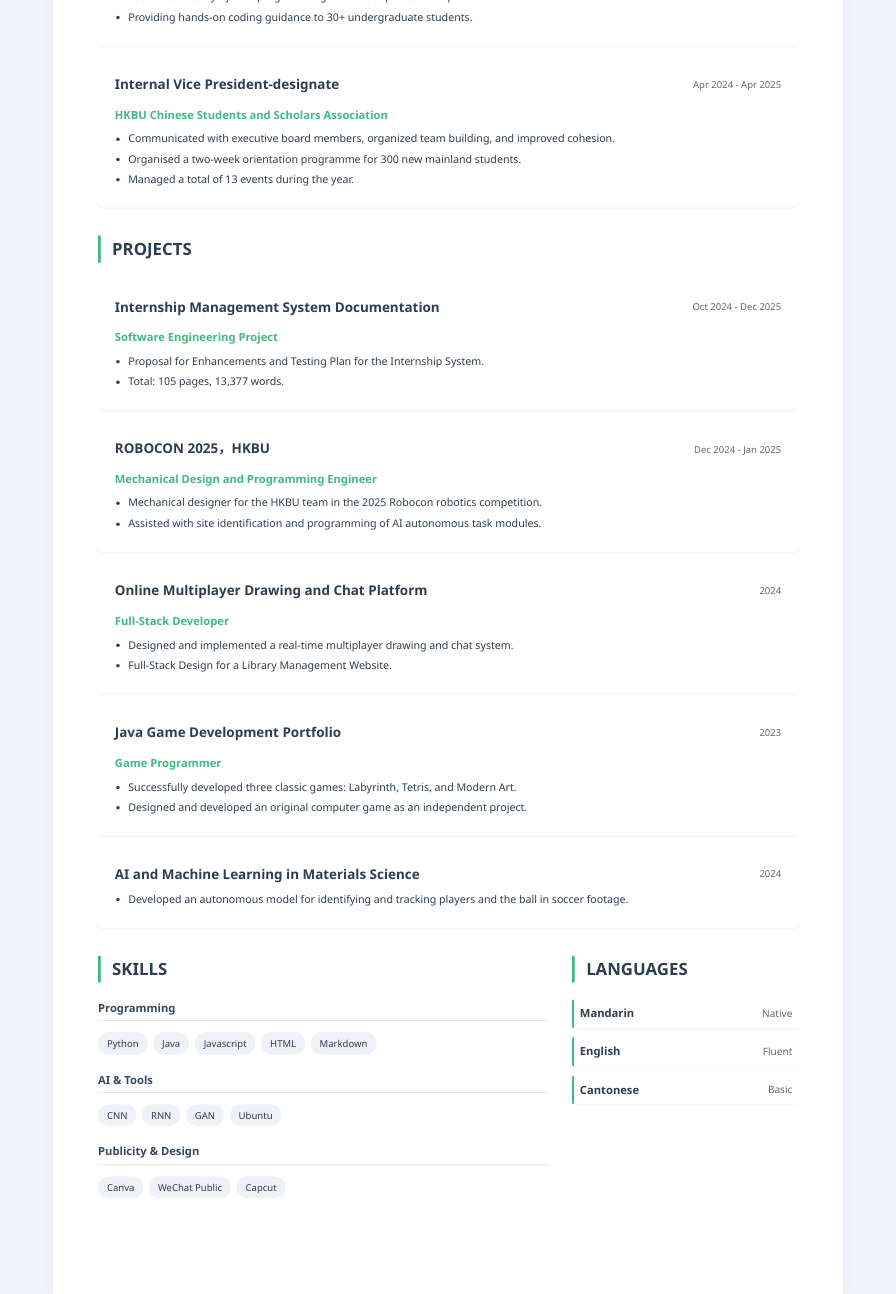
Repository: hhl2802149944-afk/hhl2802149944-afk.github.io
Page: /
These files come from the project's save history. The page is drawn as it stood at one moment and after the next save; the edit follows.
The browser window is 1280 px wide. The pictures show the part of the page from y = 889 to 2809 px (the page is 2738 px tall before and 2809 px after), at 70% of full size.
The project was rebuilt for these pictures with package versions that can differ from the ones it lists, and the page was loaded fresh each time. Also part of the build but not shown: vite.config.js.

Above is the page before, as saved 2026-01-19 14:38:58.

### index.html
<!DOCTYPE html>
<html lang="en">
  <head>
    <meta charset="UTF-8">
    <link rel="icon" href="/favicon.ico">
    <meta name="viewport" content="width=device-width, initial-scale=1.0">
    <title>Han Haolin - Resume</title>
  </head>
  <body>
    <div id="app"></div>
    <script type="module" src="/src/main.js"></script>
  </body>
</html>

### src/App.vue
<script setup>
import { RouterView } from 'vue-router'
</script>

<template>
  <RouterView />
</template>

<style>
/* Global styles can go here */
</style>

### src/assets/main.css
:root {
  --primary-color: #2c3e50;
  --secondary-color: #34495e;
  --accent-color: #42b883;
  --text-color: #2c3e50;
  --light-text: #64748b;
  --bg-color: #f1f5f9;
  --card-bg: #ffffff;
  --border-color: #e2e8f0;
}

body {
  margin: 0;
  font-family: 'Segoe UI', Roboto, Helvetica, Arial, sans-serif;
  background-color: var(--bg-color);
  color: var(--text-color);
  line-height: 1.6;
}

#app {
  max-width: 1000px;
  margin: 0 auto;
  min-height: 100vh;
  background-color: white;
  box-shadow: 0 0 20px rgba(0,0,0,0.05);
  padding: 3rem 4rem;
}

h1, h2, h3, h4 {
  color: var(--primary-color);
  margin-top: 0;
}

a {
  color: var(--accent-color);
  text-decoration: none;
  transition: color 0.2s;
}

a:hover {
  color: var(--secondary-color);
  text-decoration: underline;
}

@media (max-width: 768px) {
  #app {
    padding: 2rem;
  }
}

@media (max-width: 480px) {
  #app {
    padding: 1rem;
  }
}

### src/views/HomeView.vue
<script setup>
import ResumeHeader from '../components/ResumeHeader.vue'
import ResumeSection from '../components/ResumeSection.vue'
import ProjectCard from '../components/ProjectCard.vue'

const resumeData = {
  name: "Han Haolin (韩浩霖)",
  title: "Artificial Intelligence Student",
  contact: {
    phone: "+852 84030595",
    email: "23259612@life.hkbu.edu.hk",
    linkedin: "https://linkedin.com/in/HaolinHAN"
  },
  education: {
    school: "Hong Kong Baptist University",
    major: "Artificial Intelligence",
    gpa: "3.01/4",
    courses: ["Artificial Intelligence and Machine Learning", "Software Engineering", "Data Communications and Networking"]
  },
  experience: [
    {
      name: "EngineAI Robotics Technology Co., Ltd.",
      date: "May - Aug 2025",
      role: "Robot Embedded Software Intern",
      details: [
        "Learned robot embedded software development based on the Ubuntu system.",
        "Conducted factory testing of products to ensure hardware and software reliability.",
        "Developed applications using Intel RealSense D435i depth cameras for robotics."
      ]
    },
    {
      name: "Student Helper for Computer Science",
      date: "Nov - Dec 2025",
      role: "Hong Kong Baptist University",
      details: [
        "Facilitated weekly Python programming labs under professor supervision.",
        "Providing hands-on coding guidance to 30+ undergraduate students."
      ]
    },
    {
      name: "Internal Vice President-designate",
      date: "Apr 2024 - Apr 2025",
      role: "HKBU Chinese Students and Scholars Association",
      details: [
        "Communicated with executive board members, organized team building, and improved cohesion.",
        "Organised a two-week orientation programme for 300 new mainland students.",
        "Managed a total of 13 events during the year."
      ]
    }
  ],
  projects: [
    {
      name: "Internship Management System Documentation",
      date: "Oct 2024 - Dec 2025",
      role: "Software Engineering Project",
      details: [
        "Proposal for Enhancements and Testing Plan for the Internship System.",
        "Total: 105 pages, 13,377 words."
      ]
    },
    {
      name: "ROBOCON 2025，HKBU",
      date: "Dec 2024 - Jan 2025",
      role: "Mechanical Design and Programming Engineer",
      details: [
        "Mechanical designer for the HKBU team in the 2025 Robocon robotics competition.",
        "Assisted with site identification and programming of AI autonomous task modules."
      ]
    },
    {
      name: "Online Multiplayer Drawing and Chat Platform",
      date: "2024",
      role: "Full-Stack Developer",
      details: [
        "Designed and implemented a real-time multiplayer drawing and chat system.",
        "Full-Stack Design for a Library Management Website."
      ]
    },
    {
      name: "Java Game Development Portfolio",
      date: "2023",
      role: "Game Programmer",
      details: [
        "Successfully developed three classic games: Labyrinth, Tetris, and Modern Art.",
        "Designed and developed an original computer game as an independent project."
      ]
    },
    {
      name: "AI and Machine Learning in Materials Science",
      date: "2024",
      details: [
        "Developed an autonomous model for identifying and tracking players and the ball in soccer footage."
      ]
    }
  ],
  skills: {
    programming: ["Python", "Java", "Javascript", "HTML", "Markdown"],
    ai_tech: ["CNN", "RNN", "GAN", "Ubuntu"],
    publicity: ["Canva", "WeChat Public", "Capcut"]
  },
  languages: [
    { name: "Mandarin", level: "Native" },
    { name: "English", level: "Fluent" },
    { name: "Cantonese", level: "Basic" }
  ]
}
</script>

<template>
  <main class="resume-container">
    <ResumeHeader
      :name="resumeData.name"
      :title="resumeData.title"
      :contact="resumeData.contact"
    />

    <ResumeSection title="Education">
      <div class="education-item">
        <div class="edu-header">
          <h3>{{ resumeData.education.school }}</h3>
          <span class="gpa">cGPA: {{ resumeData.education.gpa }}</span>
        </div>
        <p class="major">Major: {{ resumeData.education.major }}</p>
        <p class="courses"><strong>Core Courses:</strong> {{ resumeData.education.courses.join(', ') }}</p>
      </div>
    </ResumeSection>

    <ResumeSection title="Working Experience">
      <ProjectCard
        v-for="(exp, index) in resumeData.experience"
        :key="index"
        :project="exp"
      />
    </ResumeSection>

    <ResumeSection title="Projects">
      <ProjectCard
        v-for="(proj, index) in resumeData.projects"
        :key="index"
        :project="proj"
      />
    </ResumeSection>

    <div class="skills-lang-grid">
      <ResumeSection title="Skills">
        <div class="skills-grid">
          <div class="skill-category">
            <h4>Programming</h4>
            <div class="skill-tags">
              <span v-for="skill in resumeData.skills.programming" :key="skill" class="tag">{{ skill }}</span>
            </div>
          </div>
          <div class="skill-category">
            <h4>AI & Tools</h4>
            <div class="skill-tags">
              <span v-for="skill in resumeData.skills.ai_tech" :key="skill" class="tag">{{ skill }}</span>
            </div>
          </div>
          <div class="skill-category">
            <h4>Publicity & Design</h4>
            <div class="skill-tags">
              <span v-for="skill in resumeData.skills.publicity" :key="skill" class="tag">{{ skill }}</span>
            </div>
          </div>
        </div>
      </ResumeSection>

      <ResumeSection title="Languages">
        <div class="lang-list">
          <div v-for="lang in resumeData.languages" :key="lang.name" class="lang-item">
            <span class="lang-name">{{ lang.name }}</span>
            <span class="lang-level">{{ lang.level }}</span>
          </div>
        </div>
      </ResumeSection>
    </div>
  </main>
</template>

<style scoped>
.resume-container {
  padding-bottom: 50px;
}

.education-item {
  margin-bottom: 1.5rem;
}

.edu-header {
  display: flex;
  justify-content: space-between;
  align-items: center;
}

.major {
  font-weight: bold;
  color: var(--accent-color);
  margin: 0.2rem 0;
}

.courses {
  font-size: 0.9rem;
  color: #555;
}

.skills-lang-grid {
  display: grid;
  grid-template-columns: 2fr 1fr;
  gap: 2rem;
}

.skills-grid {
  display: flex;
  flex-direction: column;
  gap: 1.5rem;
}

.skill-category h4 {
  margin-bottom: 1rem;
  color: var(--secondary-color);
  border-bottom: 1px solid #ddd;
  padding-bottom: 0.3rem;
  font-size: 1rem;
}

.skill-tags {
  display: flex;
  flex-wrap: wrap;
  gap: 0.5rem;
}

.tag {
  background: #eef2f7;
  padding: 0.3rem 0.8rem;
  border-radius: 15px;
  font-size: 0.85rem;
  color: var(--primary-color);
}

.lang-list {
  display: flex;
  flex-direction: column;
  gap: 0.8rem;
}

.lang-item {
  display: flex;
  justify-content: space-between;
  padding: 0.5rem;
  background: white;
  border-radius: 4px;
  border-left: 3px solid var(--accent-color);
  box-shadow: 0 1px 3px rgba(0,0,0,0.05);
}

.lang-name {
  font-weight: bold;
}

.lang-level {
  color: #666;
  font-size: 0.9rem;
}

@media (max-width: 768px) {
  .skills-lang-grid {
    grid-template-columns: 1fr;
  }
}
</style>

### src/components/ResumeHeader.vue
<script setup>
import { ref } from 'vue'

defineProps({
  name: String,
  title: String,
  contact: Object
})

const imageUrl = ref('/profile-placeholder.png')
const fileInput = ref(null)

const triggerUpload = () => {
  fileInput.value.click()
}

const handleUpload = (event) => {
  const file = event.target.files[0]
  if (file) {
    imageUrl.value = URL.createObjectURL(file)
  }
}
</script>

<template>
  <header class="resume-header">
    <div class="header-content">
      <div class="text-info">
        <h1>{{ name }}</h1>
        <p class="subtitle">{{ title }}</p>
        <div class="contact-info">
          <span>{{ contact.phone }}</span> |
          <a :href="'mailto:' + contact.email">{{ contact.email }}</a> |
          <a :href="contact.linkedin" target="_blank">LinkedIn</a>
        </div>
      </div>
      <div class="profile-pic-container" @click="triggerUpload">
        <img :src="imageUrl" alt="Profile Picture" class="profile-pic">
        <div class="upload-overlay">Update Image</div>
        <input type="file" ref="fileInput" @change="handleUpload" accept="image/*" style="display: none">
      </div>
    </div>
  </header>
</template>

<style scoped>
.resume-header {
  margin-bottom: 3rem;
  border-bottom: 2px solid var(--accent-color);
  padding-bottom: 1.5rem;
}

.header-content {
  display: flex;
  justify-content: space-between;
  align-items: center;
}

.text-info {
  flex: 1;
}

h1 {
  margin: 0;
  font-size: 2.5rem;
  text-transform: uppercase;
  letter-spacing: 2px;
}

.subtitle {
  font-size: 1.2rem;
  color: var(--secondary-color);
  margin: 0.5rem 0;
}

.contact-info {
  font-size: 0.9rem;
}

.profile-pic-container {
  width: 120px;
  height: 120px;
  border-radius: 8px;
  overflow: hidden;
  position: relative;
  cursor: pointer;
  border: 2px dashed #ccc;
  background: #f8f9fa;
  margin-left: 20px;
}

.profile-pic {
  width: 100%;
  height: 100%;
  object-fit: cover;
}

.upload-overlay {
  position: absolute;
  bottom: 0;
  left: 0;
  right: 0;
  background: rgba(0,0,0,0.5);
  color: white;
  font-size: 10px;
  text-align: center;
  padding: 4px 0;
  opacity: 0;
  transition: opacity 0.3s;
}

.profile-pic-container:hover .upload-overlay {
  opacity: 1;
}

@media (max-width: 600px) {
  .header-content {
    flex-direction: column-reverse;
    text-align: center;
  }
  .profile-pic-container {
    margin-left: 0;
    margin-bottom: 1rem;
    width: 100px;
    height: 100px;
    align-self: center;
  }
}
</style>

### src/components/ResumeSection.vue
<script setup>
defineProps({
  title: String
})
</script>

<template>
  <section class="resume-section">
    <h2>{{ title }}</h2>
    <div class="section-content">
      <slot></slot>
    </div>
  </section>
</template>

<style scoped>
.resume-section {
  margin-bottom: 2.5rem;
}

h2 {
  font-size: 1.5rem;
  border-left: 4px solid var(--accent-color);
  padding-left: 1rem;
  margin-bottom: 1.5rem;
  text-transform: uppercase;
}
</style>

### src/components/ProjectCard.vue
<script setup>
defineProps({
  project: Object
})
</script>

<template>
  <div class="project-card">
    <div class="project-header">
      <h3>{{ project.name }}</h3>
      <span class="date">{{ project.date }}</span>
    </div>
    <p class="role" v-if="project.role">{{ project.role }}</p>
    <ul class="details">
      <li v-for="(detail, index) in project.details" :key="index">
        {{ detail }}
      </li>
    </ul>
  </div>
</template>

<style scoped>
.project-card {
  background: var(--card-bg);
  padding: 1.5rem;
  border-radius: 8px;
  box-shadow: 0 2px 4px rgba(0,0,0,0.05);
  margin-bottom: 1rem;
}

.project-header {
  display: flex;
  justify-content: space-between;
  align-items: center;
  margin-bottom: 0.5rem;
}

h3 {
  margin: 0;
  font-size: 1.2rem;
}

.date {
  font-size: 0.85rem;
  color: #666;
}

.role {
  font-weight: bold;
  color: var(--accent-color);
  margin-bottom: 0.5rem;
}

.details {
  margin: 0;
  padding-left: 1.2rem;
  font-size: 0.95rem;
}

.details li {
  margin-bottom: 0.3rem;
}
</style>

Loaded but not shown: src/main.js (common file); src/router/index.js (common file)

After the next save:
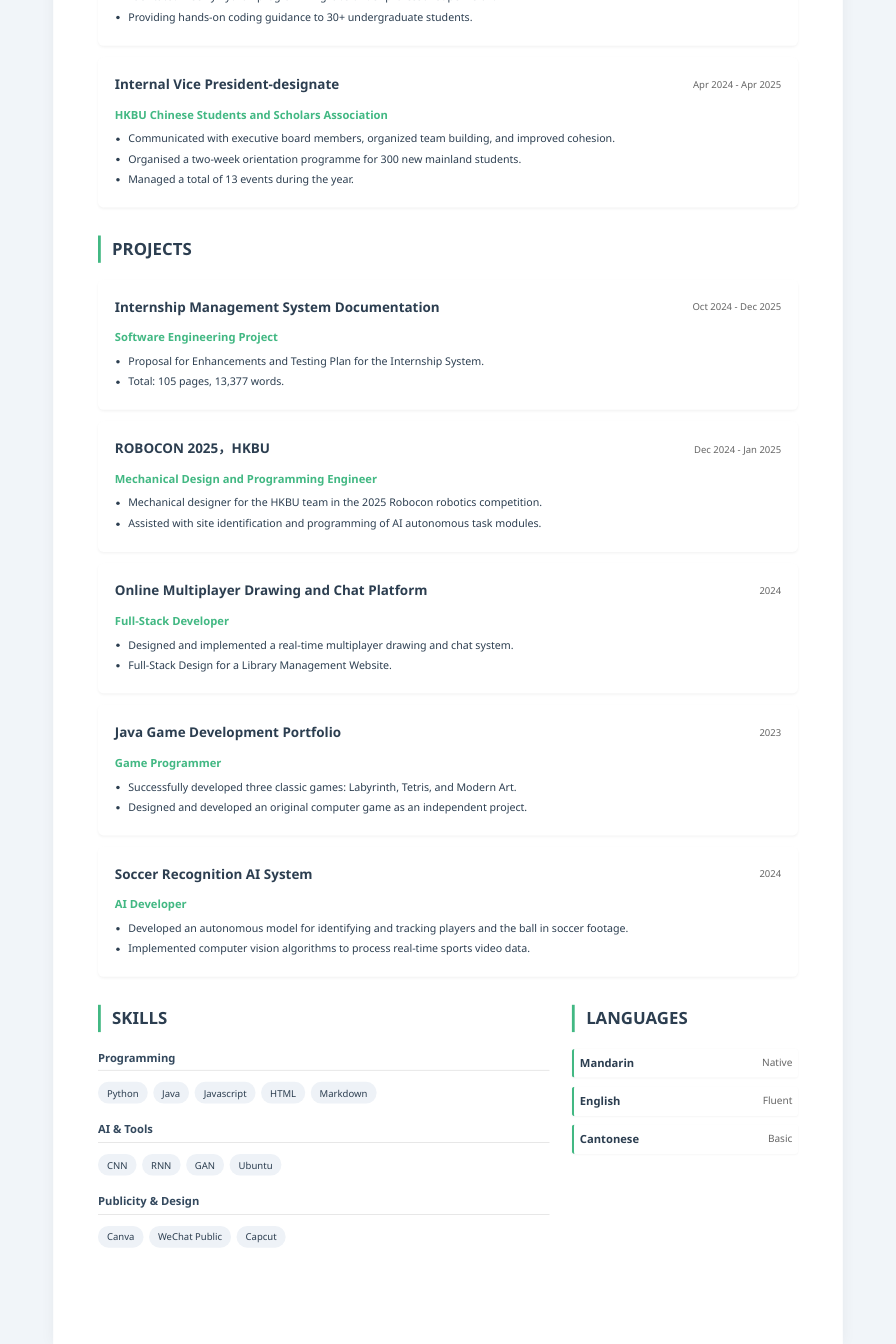
Saved 4 s later.
--- a/src/views/HomeView.vue
+++ b/src/views/HomeView.vue
@@ -86,10 +86,12 @@ const resumeData = {
       ]
     },
     {
-      name: "AI and Machine Learning in Materials Science",
+      name: "Soccer Recognition AI System",
       date: "2024",
-      details: [
-        "Developed an autonomous model for identifying and tracking players and the ball in soccer footage."
+      role: "AI Developer",
+      details: [
+        "Developed an autonomous model for identifying and tracking players and the ball in soccer footage.",
+        "Implemented computer vision algorithms to process real-time sports video data."
       ]
     }
   ],
